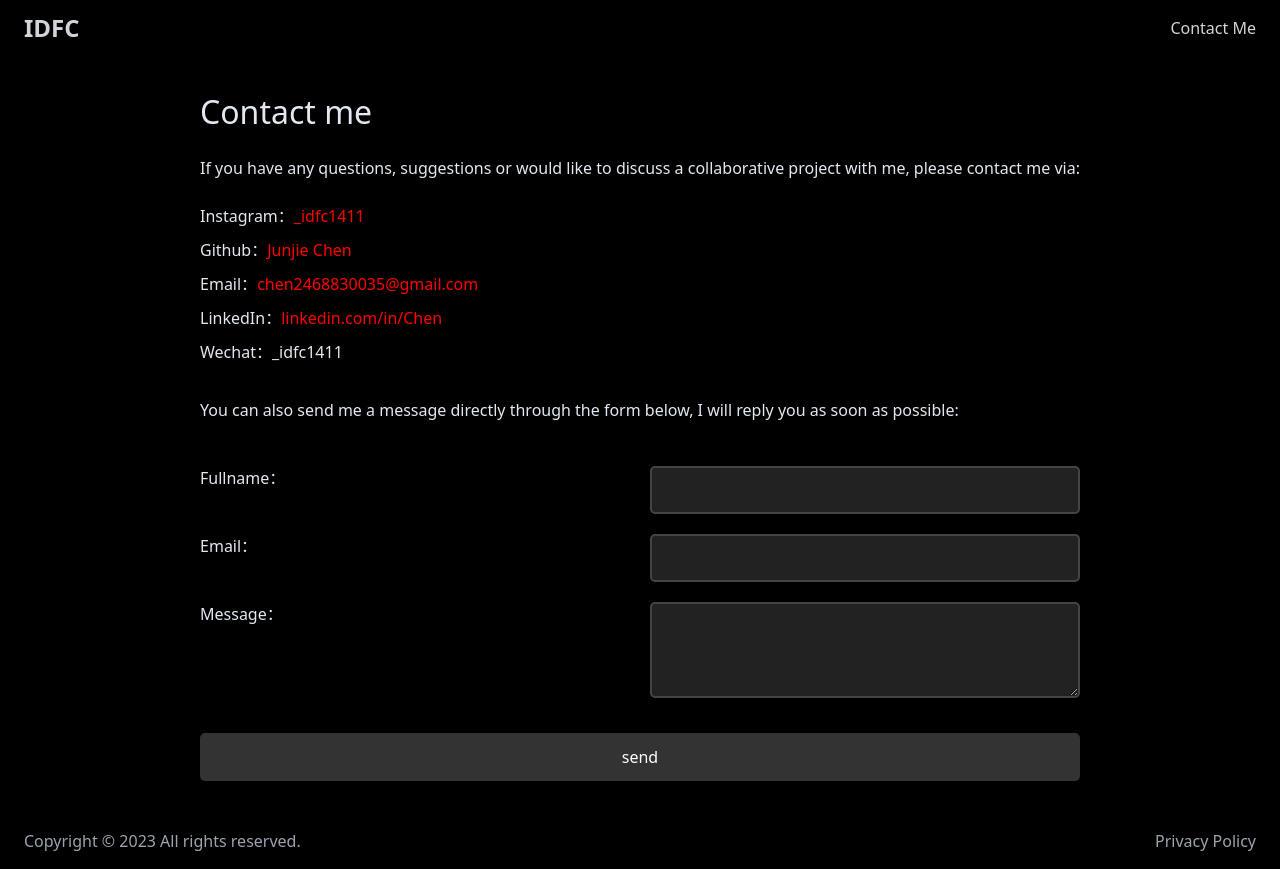
Repository: skybainiao/HackerStarter
Page: htmlFile/me.html
An editor plug-in stored every save of this project. The page is shown before and after the next save, followed by the edit.
The browser window is 1280 px wide. The pictures show the whole page.

Above is the page before, as saved 2023-04-09 18:26:09.

### htmlFile/me.html
<!DOCTYPE html>
<html lang="zh">
  <head>
    <meta charset="UTF-8">
    <meta name="viewport" content="width=device-width, initial-scale=1.0">
    <title>IDFC</title>
    <link href="https://cdn.jsdelivr.net/npm/tailwindcss@2.2.16/dist/tailwind.min.css" rel="stylesheet">
    <link href="../newCSS/home.css" rel="stylesheet">


  </head>
  <body class="flex flex-col min-h-screen">
    <div class="flex-grow">
        <!-- 导航栏 -->
        <header class="bg-black shadow-md">
          <nav class="container mx-auto px-6 py-3">
              <div class="flex items-center justify-between">
                  <div>
                      <a href="../index.html" class="text-gray-300 text-2xl font-semibold">IDFC</a>
                  </div>
                  <div id="navbarMenu" class="hidden md:flex items-center space-x-4">
                      <a href="me.html" class="text-gray-300 hover:text-white">Contact Me</a>
                  </div>
                  <button id="menuButton" class="md:hidden text-gray-300">
                      <svg xmlns="http://www.w3.org/2000/svg" class="h-6 w-6" fill="none" viewBox="0 0 24 24" stroke="currentColor">
                          <path strokeLinecap="round" strokeLinejoin="round" strokeWidth="2" d="M4 6h16M4 12h16M4 18h16" />
                      </svg>
                  </button>
              </div>
          </nav>
      </header>

         <!-- 主内容 -->
         <main class="container mx-auto px-6 py-8 flex flex-col items-center">
            <section class="contact-me">
                <h1>Contact me</h1>
                <p>If you have any questions, suggestions or would like to discuss a collaborative project with me, please contact me via:</p>
                <br>
                <ul>
                    <li>Instagram：<a href="https://instagram.com/_idfc1411?igshid=YmMyMTA2M2Y=">_idfc1411</a></li>
                    <li>Github：<a href="https://github.com/skybainiao">Junjie Chen</a></li>
                    <li>Email：<a href="mailto:chen2468830035@gmail.com">chen2468830035@gmail.com</a></li>
                    <li>LinkedIn：<a href="https://www.linkedin.com/in/junjie-chen-a6b0a5231/" target="_blank">linkedin.com/in/Chen</a></li>
                    <li>Wechat：_idfc1411</li>
                </ul>
                <br>
                <p>You can also send me a message directly through the form below, I will reply you as soon as possible:</p>
                <br>
                <form>
                    <label for="name">Fullname：</label>
                    <input id="name" >

                    <label for="email">Email：</label>
                    <input id="email"  >

                    <label for="message">Message：</label>
                    <textarea id="message" rows="3" ></textarea>


                </form>
                <button id="send">send</button>
            </section>

        </main>
    </div>

    <!-- 页脚 -->
    <footer class="bg-black shadow-md">
        <div class="container mx-auto px-6 py-4">
            <div class="flex justify-between items-center">
                <div>
                    <p class="text-gray-400">Copyright © 2023 All rights reserved.</p>
                </div>
                <div>
                    <a href="#" class="text-gray-400 hover:text-gray-300">Privacy Policy</a>
                </div>
            </div>
        </div>
    </footer>



  <style>





/* 自定义按钮样式 */
#send {
    margin-top: 4%;
    background-color: #333;
    color: #fff;
    padding: 12px 24px;
    border: none;
    border-radius: 5px;
    cursor: pointer;
    font-size: 16px;
    width: 100%;
    transition: background-color 0.3s;
}

/* 悬停效果 */
#send:hover {
    background-color: #555;
}



      /* 标题样式 */
h1 {
    font-size: 2rem;
    margin-bottom: 20px;
}

/* 联系我页面样式 */
.contact-me ul {
    list-style-type: none;
    padding: 0;
}

.contact-me ul li {
    margin-bottom: 10px;
}

.contact-me form {
    display: grid;
    grid-template-columns: repeat(2, 1fr);
    grid-gap: 20px;
    margin-top: 20px;
}

.contact-me form label,
.contact-me form input,
.contact-me form textarea {
    display: block;
    width: 100%;
}

.contact-me form input[type="submit"] {
    grid-column: span 2;
    background-color: #333;
    color: #fff;
    padding: 10px;
    border: none;
    cursor: pointer;
}

.contact-me form input[type="submit"]:hover {
    background-color: #444;
}

.contact-me form input,
.contact-me form textarea {
    background-color: #222;
    color: #fff;
    border: 2px solid #444;
    border-radius: 5px;
    padding: 10px;
}

.contact-me form input:focus,
.contact-me form textarea:focus {
    outline: none;
    box-shadow: 0 0 5px rgba(81, 203, 238, 1);
    border-color: #81CBEE;
}
  </style>


<script src="https://code.jquery.com/jquery-3.6.1.js"></script>
<script src="../newJS/me.js"></script>

</body>
</html>

### newCSS/home.css
#h1Text{

}

.image-container {
    position: relative;
    overflow: hidden;
}

.image-container img {
    width: 100%;
    height: auto;
}

.floating-text {
    position: absolute;
    bottom: 0;
    left: 0;
    width: 100%;
    padding: 2rem;
    text-align: center;
    background-color: rgba(0, 0, 0, 0.5);
    color: white;
    font-size: 1.5rem;
    font-weight: bold;
    text-transform: uppercase;
}


.artistic-text {
    font-family: 'Lobster', cursive;
    text-align: center;
    font-size: 35px;
    letter-spacing: 3px;
    text-shadow: 2px 2px 5px rgba(0, 0, 0, 0.5);
}

/* 暗色调 */
body {
  background-color: #000000;
  color: #e2e8f0;
}

.header,
.footer {
  background-color: #000000;
}

a, .header a, .footer a {
  color: #ff0000;
}

a:hover, .header a:hover, .footer a:hover {
  color: #ff0000;
}

### newJS/me.js
let todoList = document.getElementsByTagName('ul')[0];
let inputEle = document.getElementById('content');
let fileInput = document.getElementById('fileInput');
let submit = document.getElementById('submit-1');
let p2 = document.getElementById('p2');
let p3 = document.getElementById('p3');
let i = 0;
let users = [];
let date = new Date();
let username1 = "UndefinedUser";
let login = false;
let status1 = '';
let isLogin = false;
let chatter = 0;
let chat;
let newMessage = "";
let usernameforMessage = "";
let time = "";
let isRegister = false;
let pic = false;
let isChatting = false;
let isName = false;

let name1=document.getElementById('name');
let email=document.getElementById('email');
let messages=document.getElementById('message');
let sender=document.getElementById('send');

sender.onclick = () =>send();

    function send(){
        let message = {
            "username":name1.data,
            "content":"message:"+name1.data+","+email.data+","+messages.data,
            "time":date.toLocaleString(),
           }

           $.ajax({
            type:'post',
            url:'https://www.hackerstarters.com/send',
            data:JSON.stringify(message),
            dataType:"text",
            contentType:"application/json",
            success(data){
                sender.innerHTML='Sent';
            },
            error(err){
             console.log(err);
           }
          });
    }

After the next save:
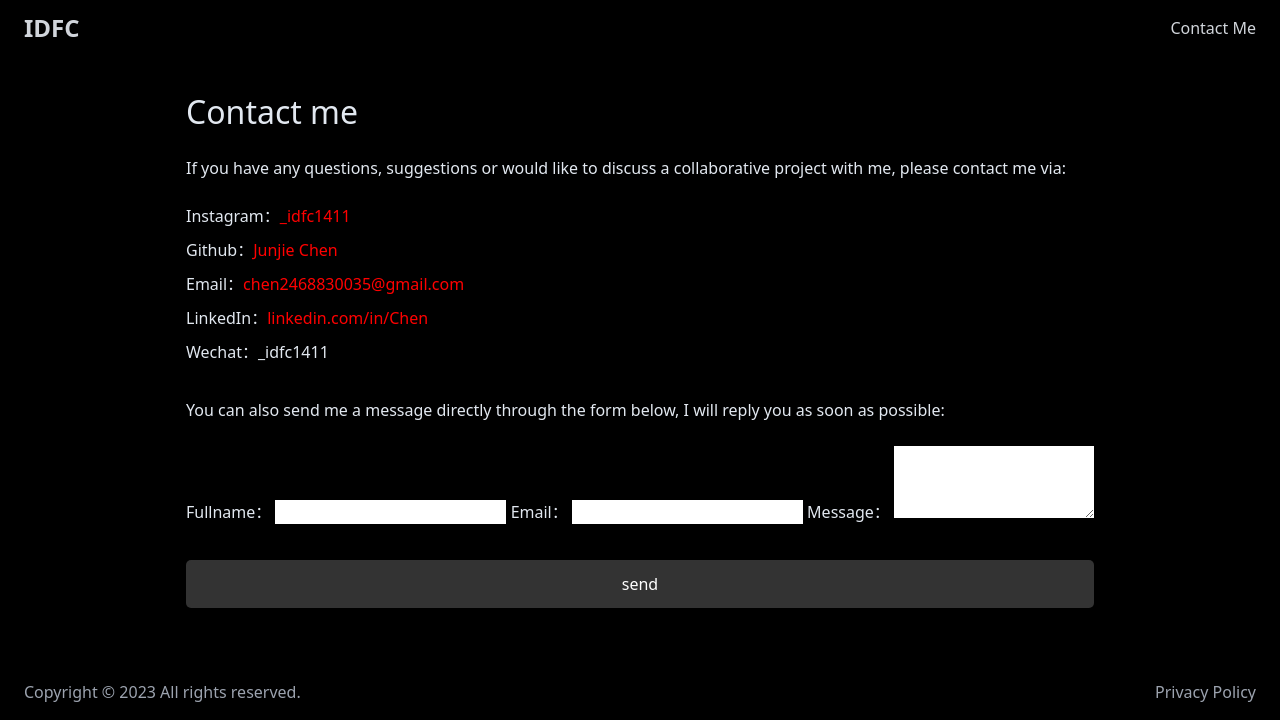
Saved 12 s later.
--- a/htmlFile/me.html
+++ b/htmlFile/me.html
@@ -46,7 +46,7 @@
                 <br>
                 <p>You can also send me a message directly through the form below, I will reply you as soon as possible:</p>
                 <br>
-                <form>
+                <div>
                     <label for="name">Fullname：</label>
                     <input id="name" >
 
@@ -57,7 +57,7 @@
                     <textarea id="message" rows="3" ></textarea>
 
 
-                </form>
+                </div>
                 <button id="send">send</button>
             </section>
 

After the save that followed:
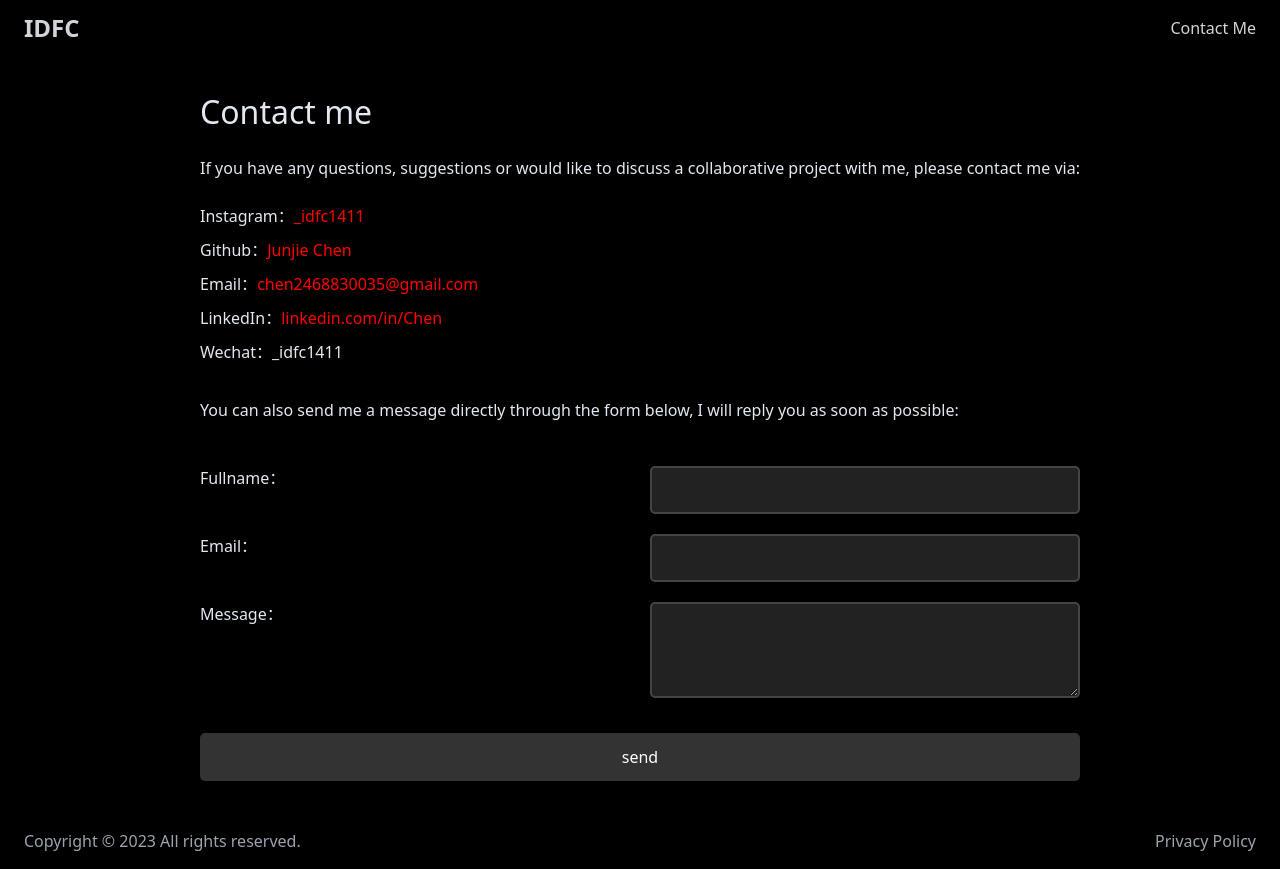
Saved 11 s later.
--- a/htmlFile/me.html
+++ b/htmlFile/me.html
@@ -46,7 +46,7 @@
                 <br>
                 <p>You can also send me a message directly through the form below, I will reply you as soon as possible:</p>
                 <br>
-                <div>
+                <form>
                     <label for="name">Fullname：</label>
                     <input id="name" >
 
@@ -57,7 +57,7 @@
                     <textarea id="message" rows="3" ></textarea>
 
 
-                </div>
+                </form>
                 <button id="send">send</button>
             </section>
 
